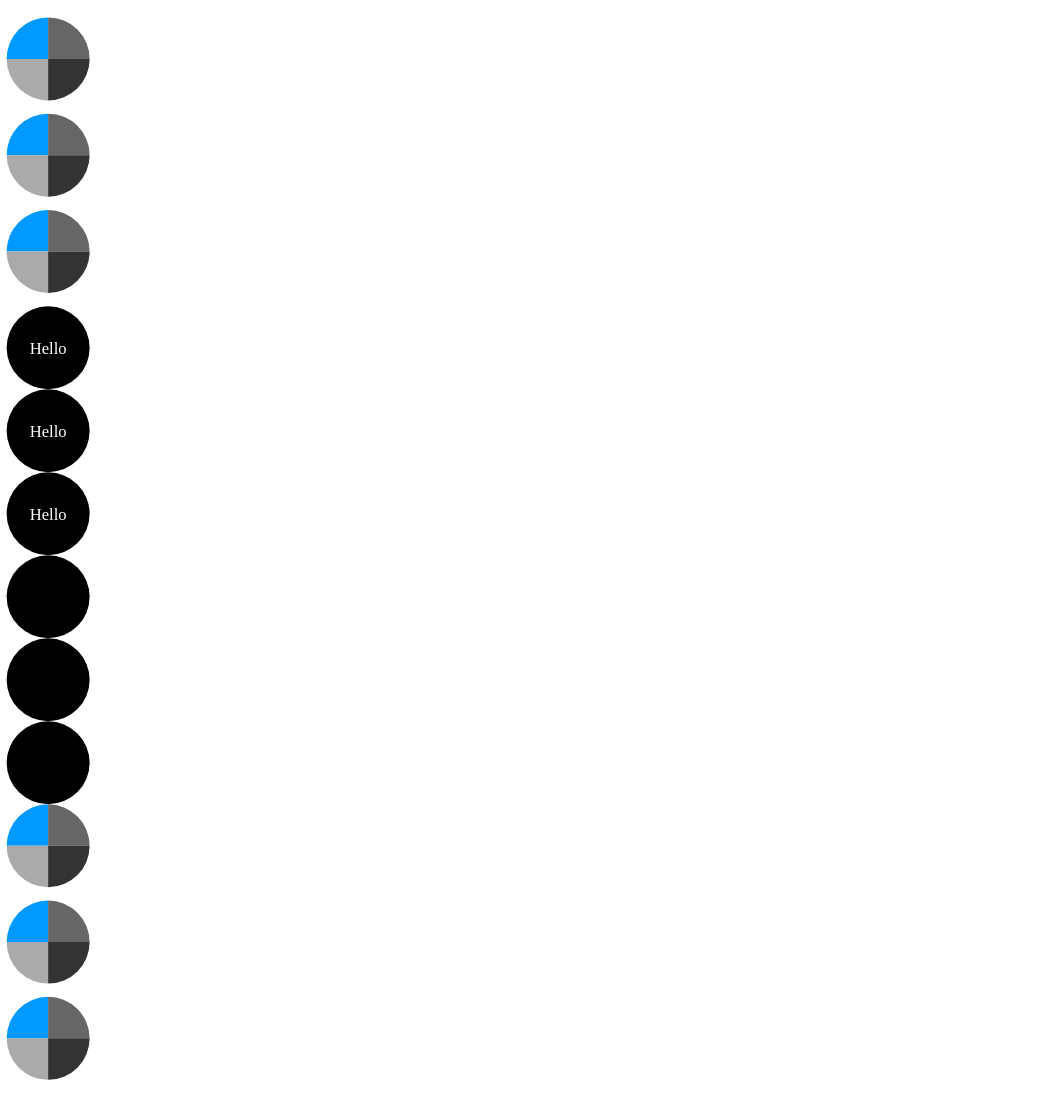
Repository: dominiquedevito/dominiquedevito.github.io
Page: 5compositions/composition4.html
The author's editor kept a record of every edit. The page is drawn from the files as they stood at one moment, then again after the next edit.
The browser window is 1280 px wide. The pictures show the whole page, at 83% of full size.

Above is the page before.

After the next edit:
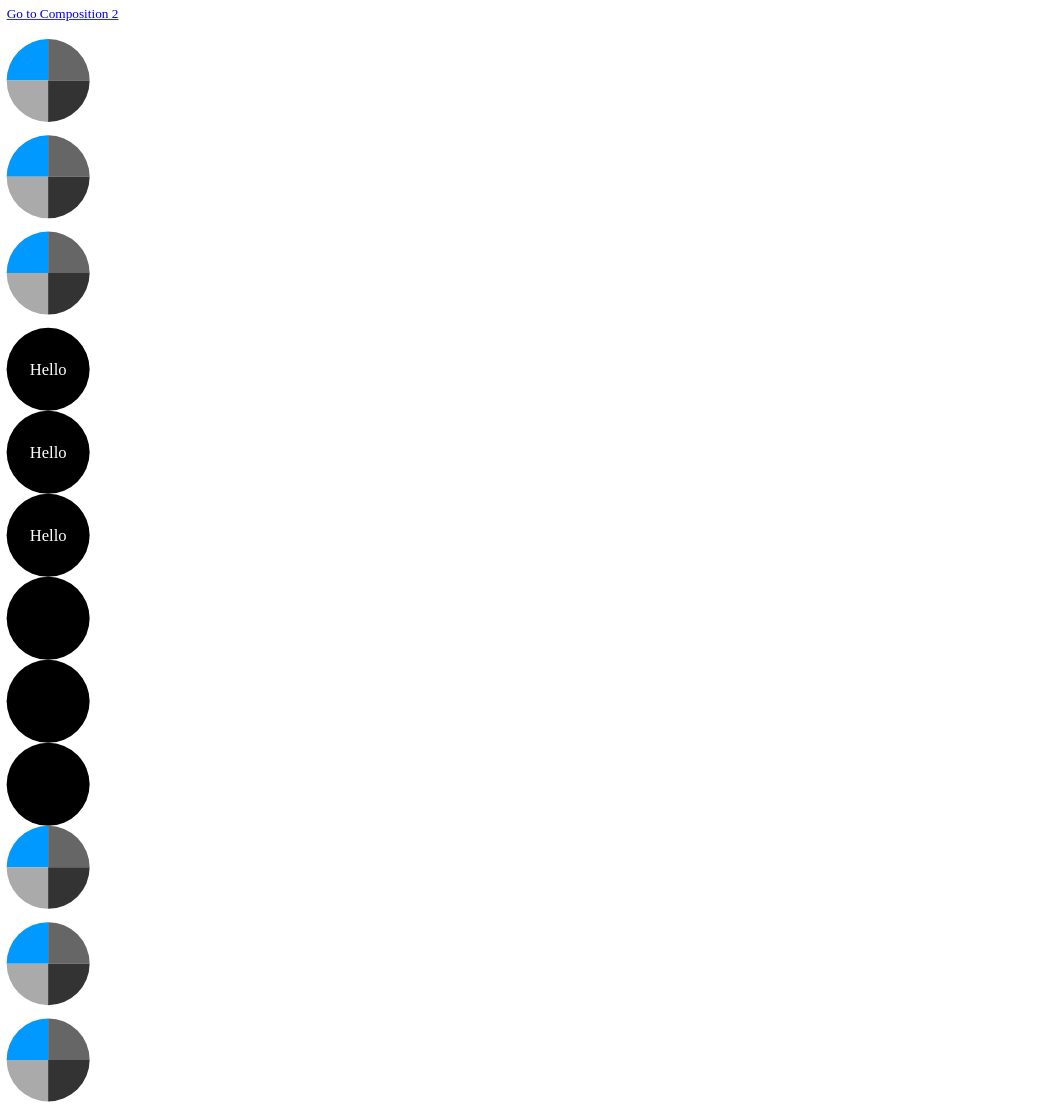
The edit:
--- a/5compositions/composition4.html
+++ b/5compositions/composition4.html
@@ -8,6 +8,8 @@
 	<link href="4styles.css" rel="stylesheet">
 
 <body>
+
+    <a href="composition2.html">Go to Composition 2</a>
 
 <div id="header">
 <h1></h1>
